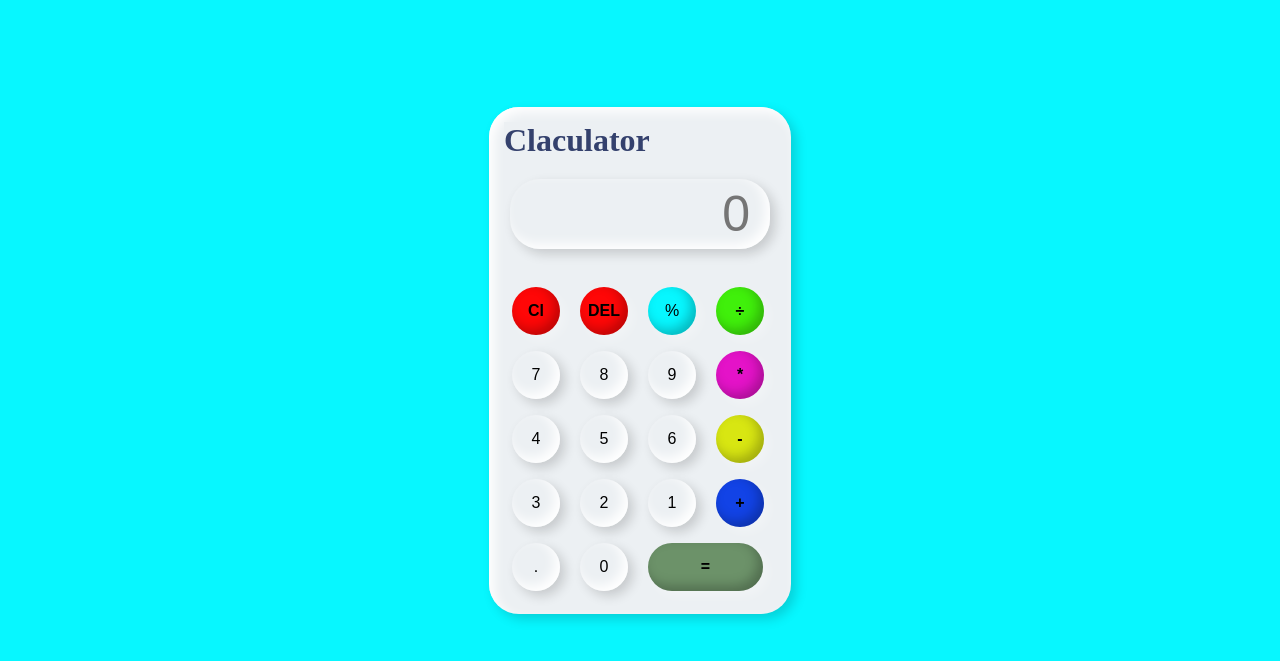
Repository: Mayur2905/OIBSIP
Page: Task-3/index.html
An editor plug-in stored every save of this project. The page is shown before and after the next save, followed by the edit.
The browser window is 1280 px wide. The pictures show the whole page.

Above is the page before, as saved 2022-02-02 19:05:34.

After the next save:
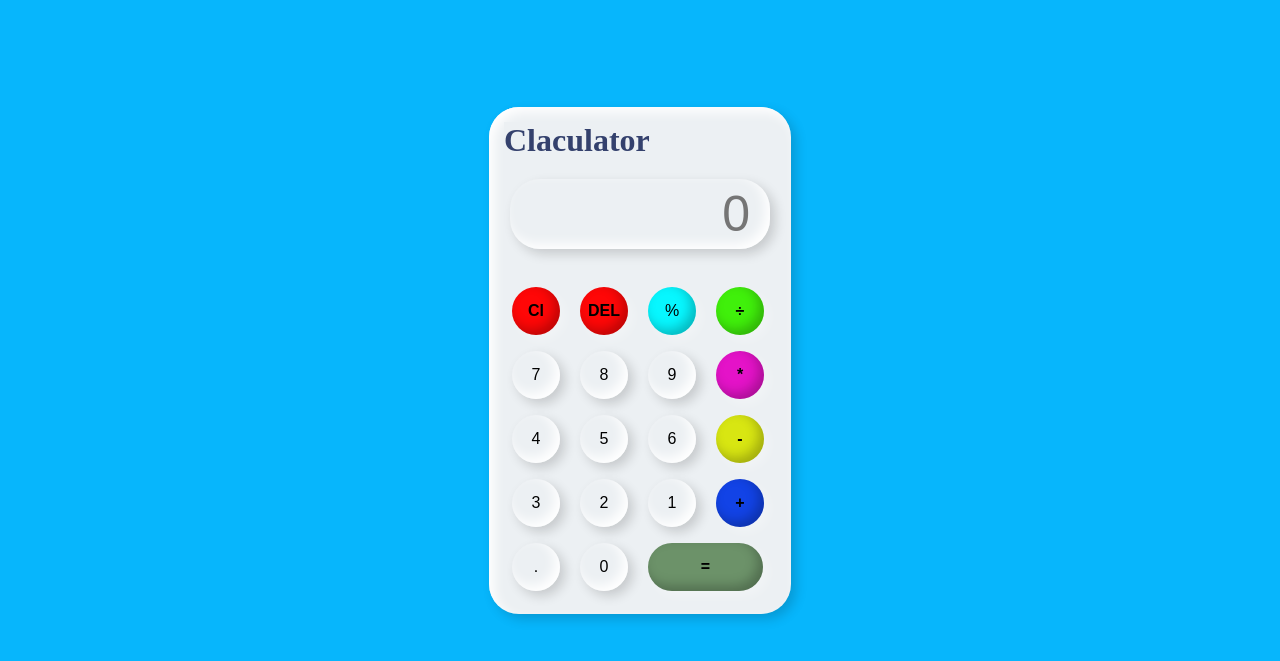
Saved 30 s later.
--- a/Task-3/style.css
+++ b/Task-3/style.css
@@ -16,7 +16,7 @@ h1 {
   display: flex;
   justify-content: center;
   align-items: center;
-  background-color: #07f7ff;
+  background-color: #07b6fc;
   /* background-image: url(./assets/bg.jpg); */
   width: 100%;
 }
